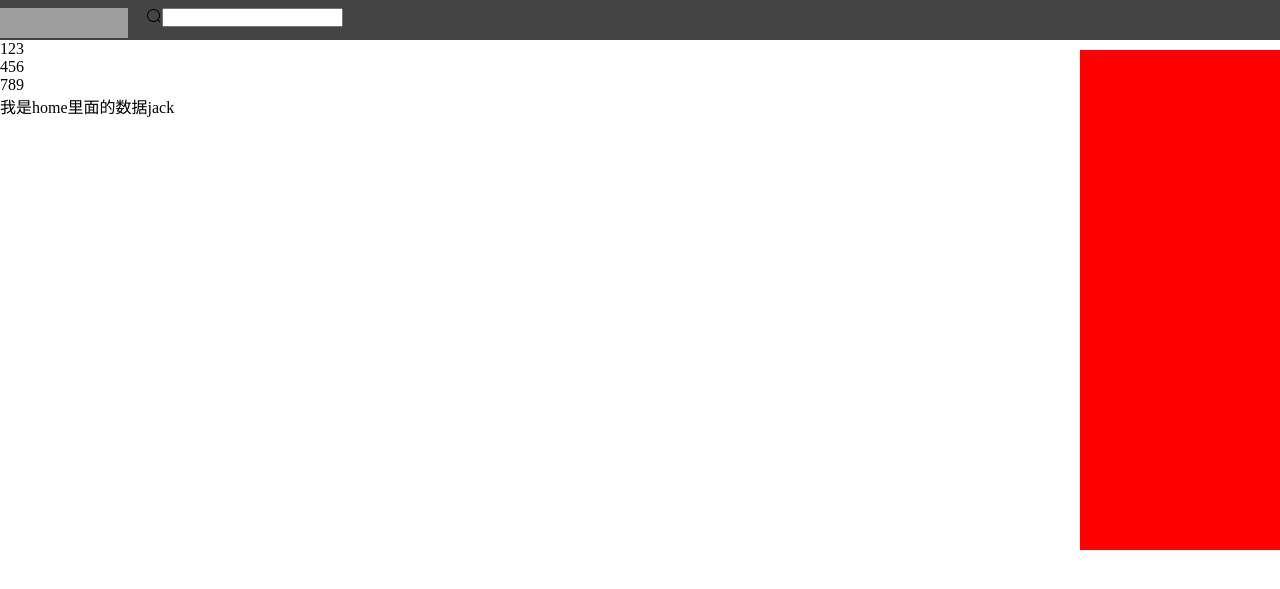
Repository: jinggegeZ/cnode
Page: /
These files come from the project's save history. The page is drawn as it stood at one moment and after the next save; the edit follows.
The browser window is 1280 px wide. The pictures show the whole page.
Pictures or frames that could not be fetched are drawn as grey boxes. The project was rebuilt for these pictures with package versions that can differ from the ones it lists, and the page was loaded fresh each time.

Above is the page before, as saved 2020-06-05 11:54:00.

After the next save:
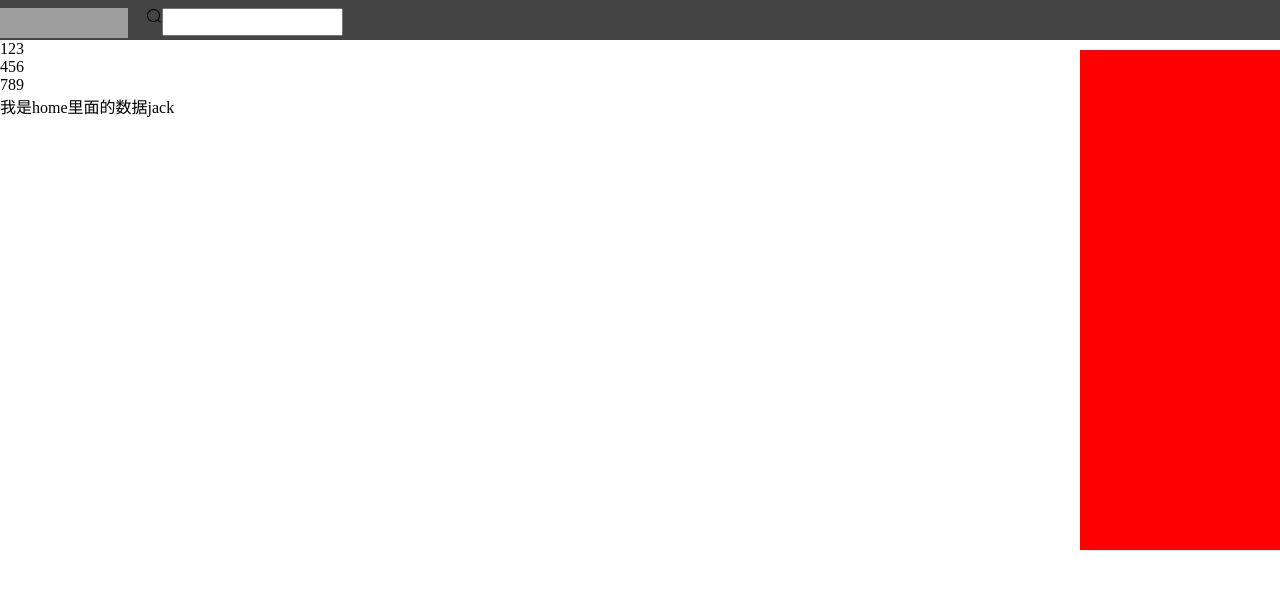
Saved 16 s later.
--- a/src/components/top/top.vue
+++ b/src/components/top/top.vue
@@ -13,7 +13,7 @@
           </div>
           <div class="ipt">
             <i class="el-icon-search"></i>
-            <div><input type="text"></div>
+            <input type="text">
           </div>
         </div>
         <div></div>
